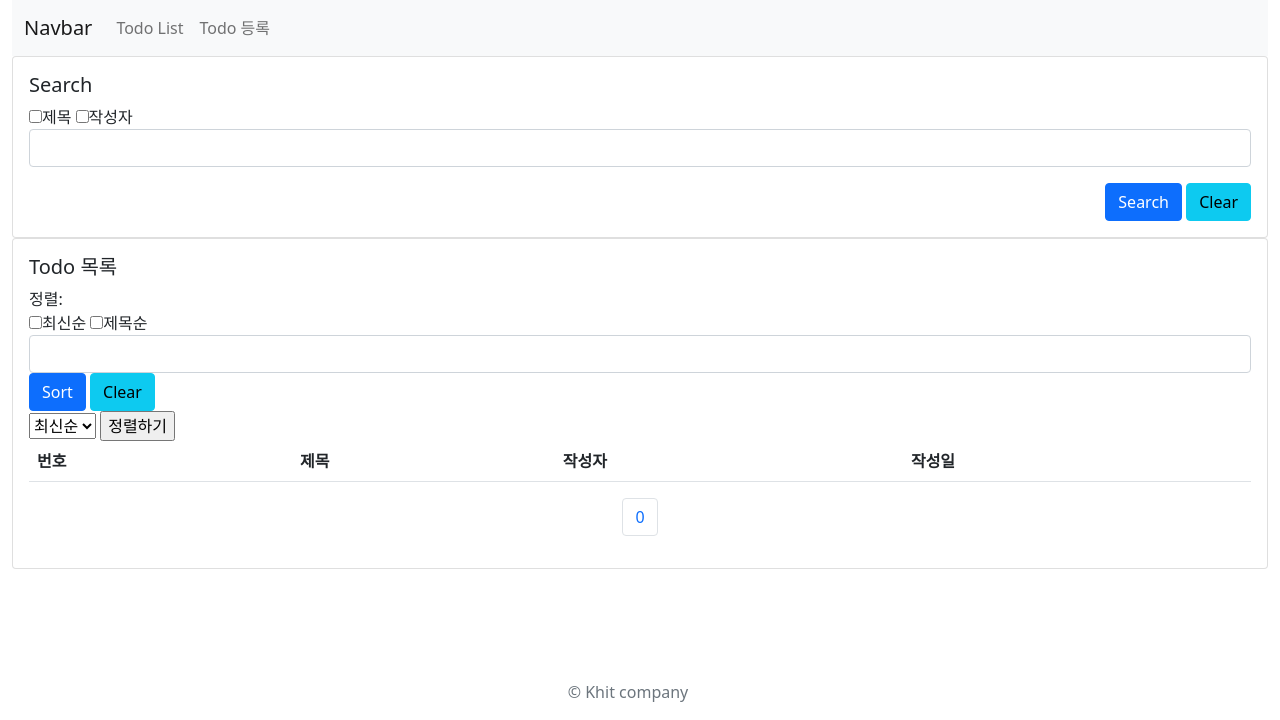
Repository: KyoungHwanJeong/springworks
Page: http://localhost/todoweb/WEB-INF/views/todo/pagelist.jsp
These files come from the project's save history. The page is drawn as it stood at one moment and after the next save; the edit follows.
The browser window is 1280 px wide. The pictures show the whole page.
The page is served by Tomcat 9. Nobody is signed in. Other server files are loaded and not shown. The template is opened directly, without the code that normally fills it, so the values that code supplies are empty.

Above is the page before, as saved 2024-01-10 03:23:30.

### todoweb/src/main/webapp/WEB-INF/views/todo/pagelist.jsp
<%@ page language="java" contentType="text/html; charset=UTF-8"
    pageEncoding="UTF-8"%>
<%@ taglib uri="http://java.sun.com/jsp/jstl/core" prefix="c" %>
<%@ taglib uri="http://java.sun.com/jsp/jstl/fmt" prefix="fmt" %>

<!DOCTYPE html>
<html>
<head>
<meta charset="UTF-8">
<title>Todo 목록</title>
</head>
<body>
	<div class="container-fluid">
		<jsp:include page="../layout/header.jsp" />
		<!-- 검색 영역 -->
		<div class="row content">
			<div class="col">
				<div class="card">
					<div class="card-body">
						<h5 class="card-title">Search</h5>
						<form action="/todo/paging" method="get">
							<div class="mb-3">
								<input type="checkbox" name="types" value="t"
									${pageRequestDTO.checkType('t') ? 'checked' : '' }>제목
								<input type="checkbox" name="types" value="w"
									${pageRequestDTO.checkType('w') ? 'checked' : '' }>작성자
								<input type="text" name="keyword" class="form-control"
									value="${pageRequestDTO.keyword}">
							</div>
							<div class="mb-3">
								<div class="float-end">
									<button type="submit" class="btn btn-primary">Search</button>
									<button type="reset" class="btn btn-info btnClear">Clear</button>
								</div>
							</div>
						</form>
					</div>
				</div>
			</div>
		</div>

		<!-- 본문 영역 -->
		<div class="row content">
			<div class="col">
				<div class="card">
					<div class="card-body">
						<h5 class="card-title">Todo 목록</h5>
							<form action="/todo/list_sort" method="get" class="list_sort">
								<div>
								<label>정렬: </label>
								<div>
								<input type="checkbox" name="sorts" value="recent">최신순
								<input type="checkbox" name="sorts" value="popular">제목순
								<input type="text" name="keyword2" class="form-control">
								</div>
								<div>
									<button type="submit" class="btn btn-primary">Sort</button>
									<button type="reset" class="btn btn-info">Clear</button>
								</div>

								<select class="sort">
									<option type="text" name="sort" value="recent">최신순</option>
									<option type="text" name="sort" value="popular">제목순</option>
								</select>
								<input type="submit" value="정렬하기">
								</div>
							</form>
						<table class="table">
							<thead>
								<tr>
									<th>번호</th><th>제목</th><th>작성자</th><th>작성일</th>
								</tr>
							</thead>
							<tbody>
								<c:forEach items="${responseDTO.dtoList}" var="todo">
								<tr>
									<td>${todo.tno}</td>
									<td><a href="/todo?tno=${todo.tno}&page=${responseDTO.page}">${todo.title}</a></td>
									<td>${todo.writer}</td>
									<td><fmt:formatDate value="${todo.createdDate}" pattern="yyyy년  MM월 dd일 HH:mm:ss" /></td>
								</tr>
								</c:forEach>
							</tbody>

						</table>

						<!-- 페이징 처리 -->
						<div class ="d-flex justify-content-center">
							<ul class="pagination flex-wrap">
								<!-- 이전 페이지 -->
								<c:if test="${responseDTO.prev}">
									<li class="page-item">
										<a class="page-link" href="/todo/paging?page=${responseDTO.startPage-1}">Previous</a>
									</li>
								</c:if>

								<!-- 페이지 번호 -->
								<c:forEach var="num" begin="${responseDTO.startPage}" end="${responseDTO.endPage}">
									<li class="page-item ${responseDTO.page eq num ? 'active' : '' }" >
										<a href="/todo/paging?page=${num}" class="page-link">${num}</a>
									</li>
								</c:forEach>

								<!-- 다음 페이지 -->
								<c:if test="${responseDTO.next}">
									<li class="page-item">
										<a class="page-link" href="/todo/paging?page=${responseDTO.endPage+1}">Next</a>
									</li>
								</c:if>
							</ul>
						</div><!-- 페이징 처리 -->
					</div>
				</div>
			</div>
		</div>	<!-- 본문 영역 닫기 -->
		<jsp:include page="../layout/footer.jsp"></jsp:include>
	</div>
	<script>
		//검색 조건 초기화
		let btnClear = document.querySelector(".btnClear");

		btnClear.addEventListener("click", function(){
			location.href = "/todo/paging";
		});

	</script>
</body>
</html>

### todoweb/src/main/webapp/WEB-INF/views/layout/header.jsp
<%@ page language="java" contentType="text/html; charset=UTF-8"
    pageEncoding="UTF-8"%>
<%@ taglib uri="http://java.sun.com/jsp/jstl/core" prefix="c" %>
<link href="https://cdn.jsdelivr.net/npm/bootstrap@5.1.3/dist/css/bootstrap.min.css" rel="stylesheet" integrity="sha384-1BmE4kWBq78iYhFldvKuhfTAU6auU8tT94WrHftjDbrCEXSU1oBoqyl2QvZ6jIW3" crossorigin="anonymous">
<script src="https://cdn.jsdelivr.net/npm/bootstrap@5.1.3/dist/js/bootstrap.bundle.min.js" integrity="sha384-ka7Sk0Gln4gmtz2MlQnikT1wXgYsOg+OMhuP+IlRH9sENBO0LRn5q+8nbTov4+1p" crossorigin="anonymous"></script>
<header>
<nav class="navbar navbar-expand-lg navbar-light bg-light">
  <div class="container-fluid">
    <a class="navbar-brand" href="/">Navbar</a>
    <button class="navbar-toggler" type="button" data-bs-toggle="collapse" data-bs-target="#navbarSupportedContent" aria-controls="navbarSupportedContent" aria-expanded="false" aria-label="Toggle navigation">
      <span class="navbar-toggler-icon"></span>
    </button>
    <div class="collapse navbar-collapse" id="navbarSupportedContent">
      <ul class="navbar-nav me-auto mb-2 mb-lg-0">
        <li class="nav-item">
          <a class="nav-link" href="/todo/paging">Todo List</a>
        </li>
        <li class="nav-item">
          <a class="nav-link" href="/todo/register">Todo 등록</a>
        </li>
      </ul>
    </div>
  </div>
</nav>

</header>

### todoweb/src/main/webapp/WEB-INF/views/layout/footer.jsp
<%@ page language="java" contentType="text/html; charset=UTF-8"
    pageEncoding="UTF-8"%>
<div class="row footer">
	<div class="row fixed-bottom">
		<footer>
			<p class="text-center text-muted">&copy; Khit company</p>
		</footer>
	</div>
</div>

After the next save:
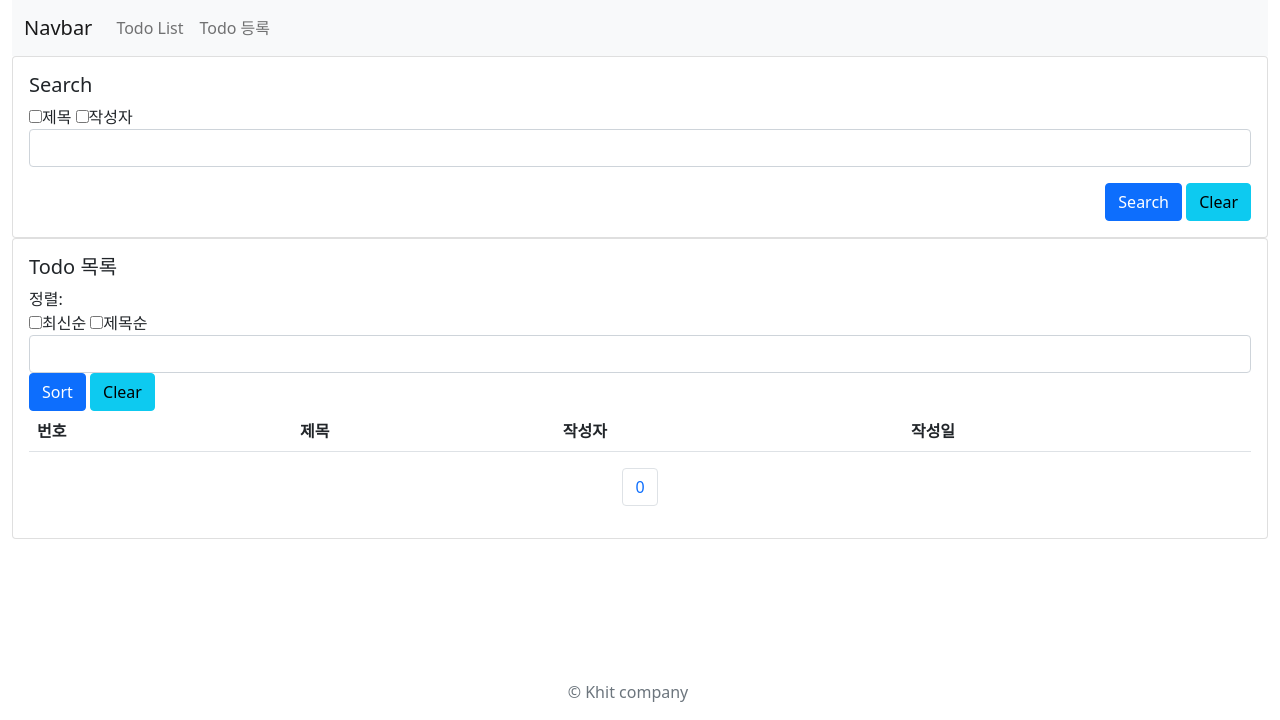
Saved 12 s later.
--- a/todoweb/src/main/webapp/WEB-INF/views/todo/pagelist.jsp
+++ b/todoweb/src/main/webapp/WEB-INF/views/todo/pagelist.jsp
@@ -58,11 +58,11 @@
 									<button type="reset" class="btn btn-info">Clear</button>
 								</div>
 
-								<select class="sort">
+								<!-- <select class="sort">
 									<option type="text" name="sort" value="recent">최신순</option>
 									<option type="text" name="sort" value="popular">제목순</option>
 								</select>
-								<input type="submit" value="정렬하기">
+								<input type="submit" value="정렬하기"> -->
 								</div>
 							</form>
 						<table class="table">
